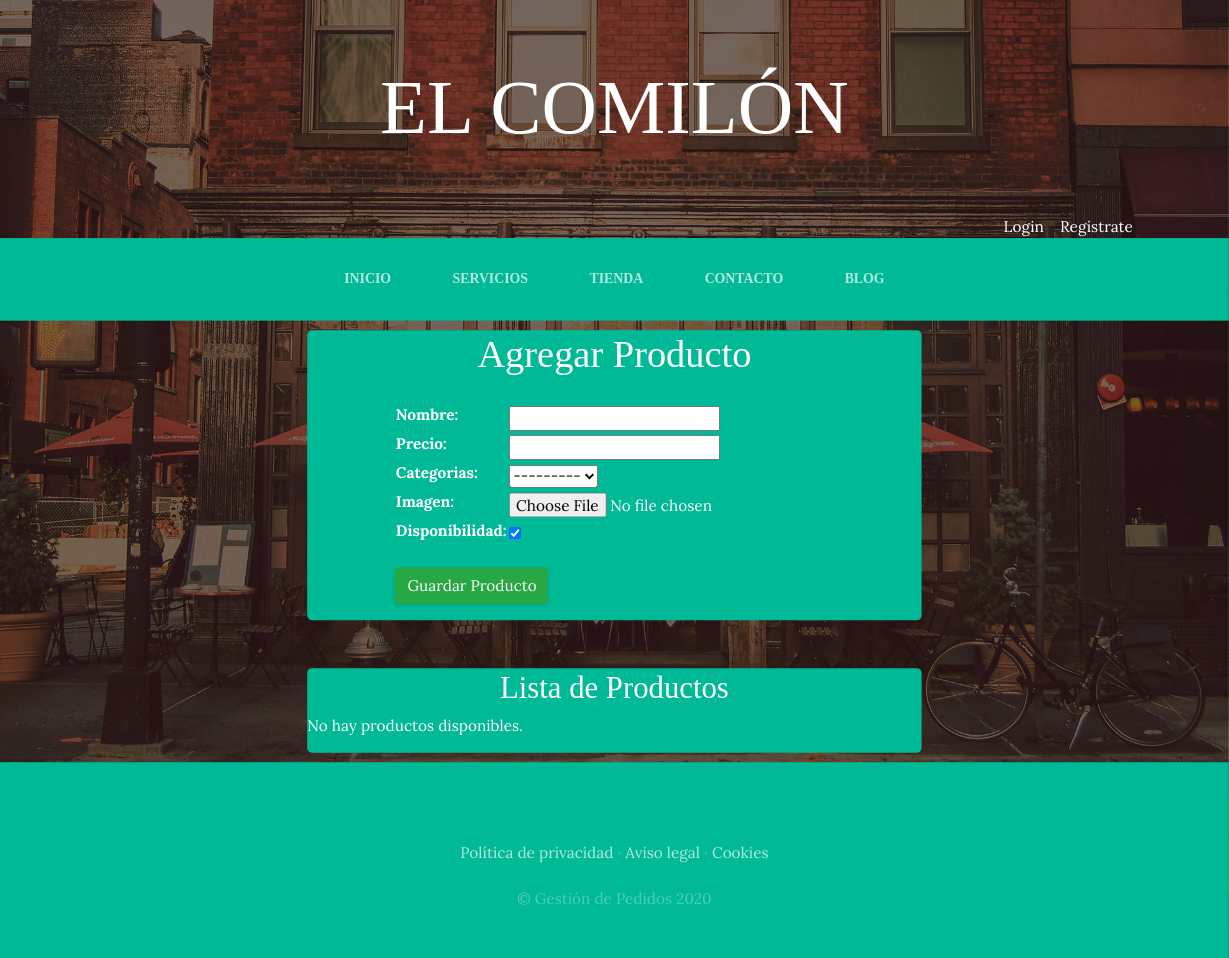
Repository: MatLarrea/Entrega_Elcomilon
Page: http://localhost/tienda/agregar_producto/
These files come from the project's save history. The page is drawn as it stood at one moment and after the next save; the edit follows.
The browser window is 1280 px wide. The pictures show the whole page, at 96% of full size.
Backgrounds fixed to the window are drawn as part of the page. Some web fonts or font styles are not loaded; a fallback is used. The page is served by the project's application, run on Django 5.2 (manage.py). Queries for data that is not in the repository find no rows.

Above is the page before, as saved 2024-07-12 01:02:34.
Console error: TypeError: Cannot read properties of null (reading 'addEventListener')

After the next save:
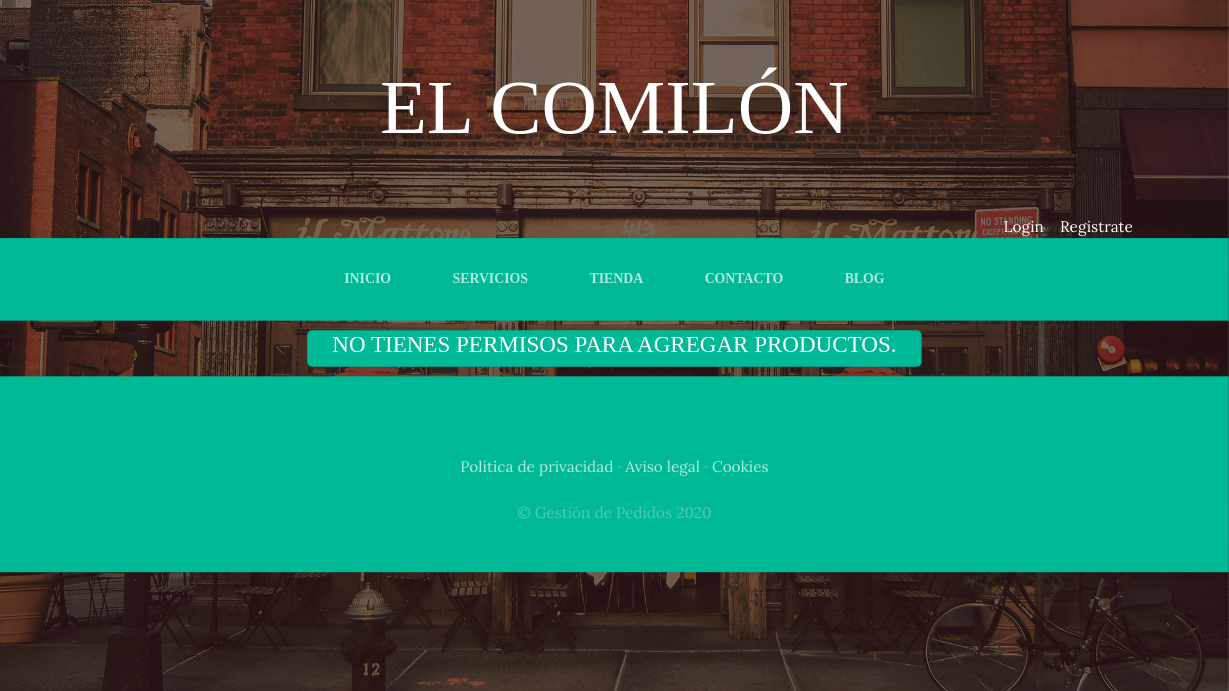
Saved 83 min 33 s later.
--- a/TiendaApp/templates/tienda/agregar_producto.html
+++ b/TiendaApp/templates/tienda/agregar_producto.html
@@ -2,6 +2,7 @@
 {% load static %}
 
 {% block content %}
+{% if user.is_superuser %}
 <div class="formularioContacto" style="text-align: center;">
     <h1 style="color: white;">Agregar Producto</h1>
     <form method="post" enctype="multipart/form-data" style="display: inline-block; text-align: left;">
@@ -33,5 +34,10 @@
         <li style="color: white;">No hay productos disponibles.</li>
         {% endfor %}
     </ul>
+    {% else %}
+        <div class="formularioContacto">
+        <H4 style="text-align: center; color: white;">NO TIENES PERMISOS PARA AGREGAR PRODUCTOS.</H4>
+        </div>
+    {% endif %}
 </div>
 {% endblock %}
